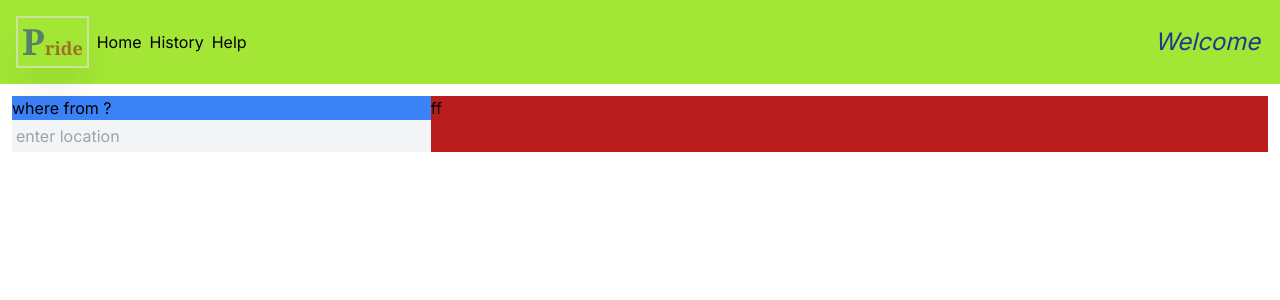
Repository: Semanmernstack/uber-mapbox
Page: /
An editor plug-in stored every save of this project. The page is shown before and after the next save, followed by the edit.
The browser window is 1280 px wide. The pictures show the whole page.
The page's requests for data from a server got no answer. The project was rebuilt for these pictures with package versions that can differ from the ones it lists, and the page was loaded fresh each time. Some packages were replaced by stand-ins written for this rebuild. The framework's server and built-in components were replaced by stand-ins that run in the browser. No one was signed in, and anything a server would have sent is missing. Also part of the build but not shown: next.config.js.

Above is the page before, as saved 2023-08-15 07:04:12.

After the next save:
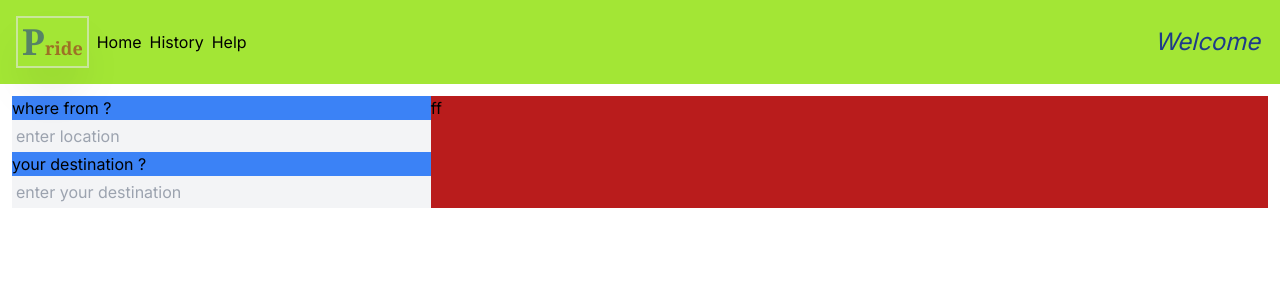
Saved 97 s later.
--- a/app/components/BookingInput.tsx
+++ b/app/components/BookingInput.tsx
@@ -2,10 +2,17 @@
 
 function BookingInput() {
   return (
-    <div>
+    <div className="flex flex-col">
         <div>
             <label> where from ?</label>
             <input type="text" placeholder='enter location'
+                className="border-1 w-full outline-none bg-gray-100 focus:border-gray-700 p-1"
+            />
+        </div>
+
+        <div>
+            <label> your destination ?</label>
+            <input type="text" placeholder='enter your destination'
                 className="border-1 w-full outline-none bg-gray-100 focus:border-gray-700 p-1"
             />
         </div>
